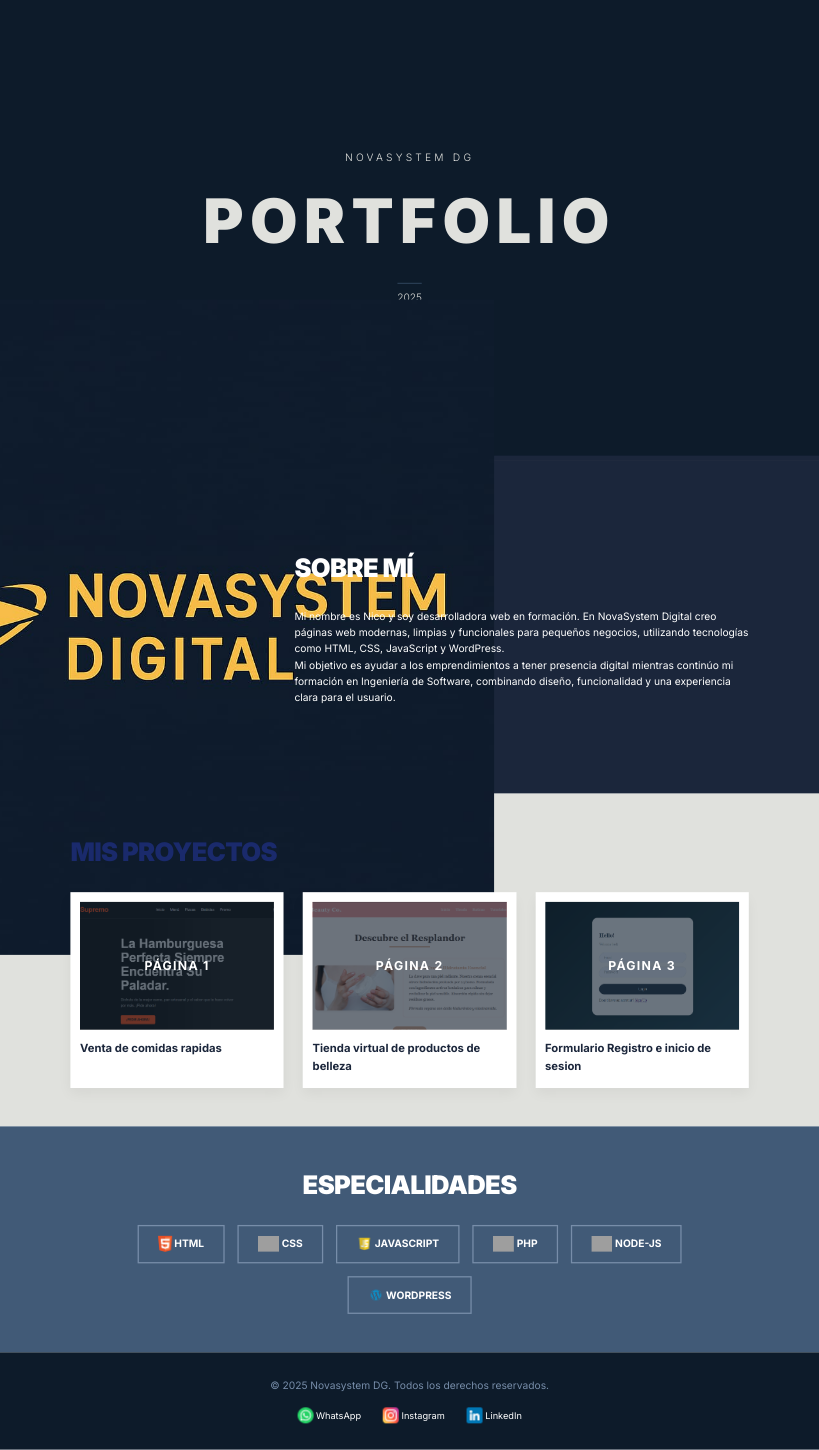
Repository: NovaSystem-DG/Portafolio
Page: index.html
These files come from the project's save history. The page is drawn as it stood at one moment and after the next save; the edit follows.
The browser window is 1280 px wide. The pictures show the whole page, at 64% of full size.
Pictures or frames that could not be fetched are drawn as grey boxes.

Above is the page before, as saved 2026-01-09 18:38:30.

After the next save:
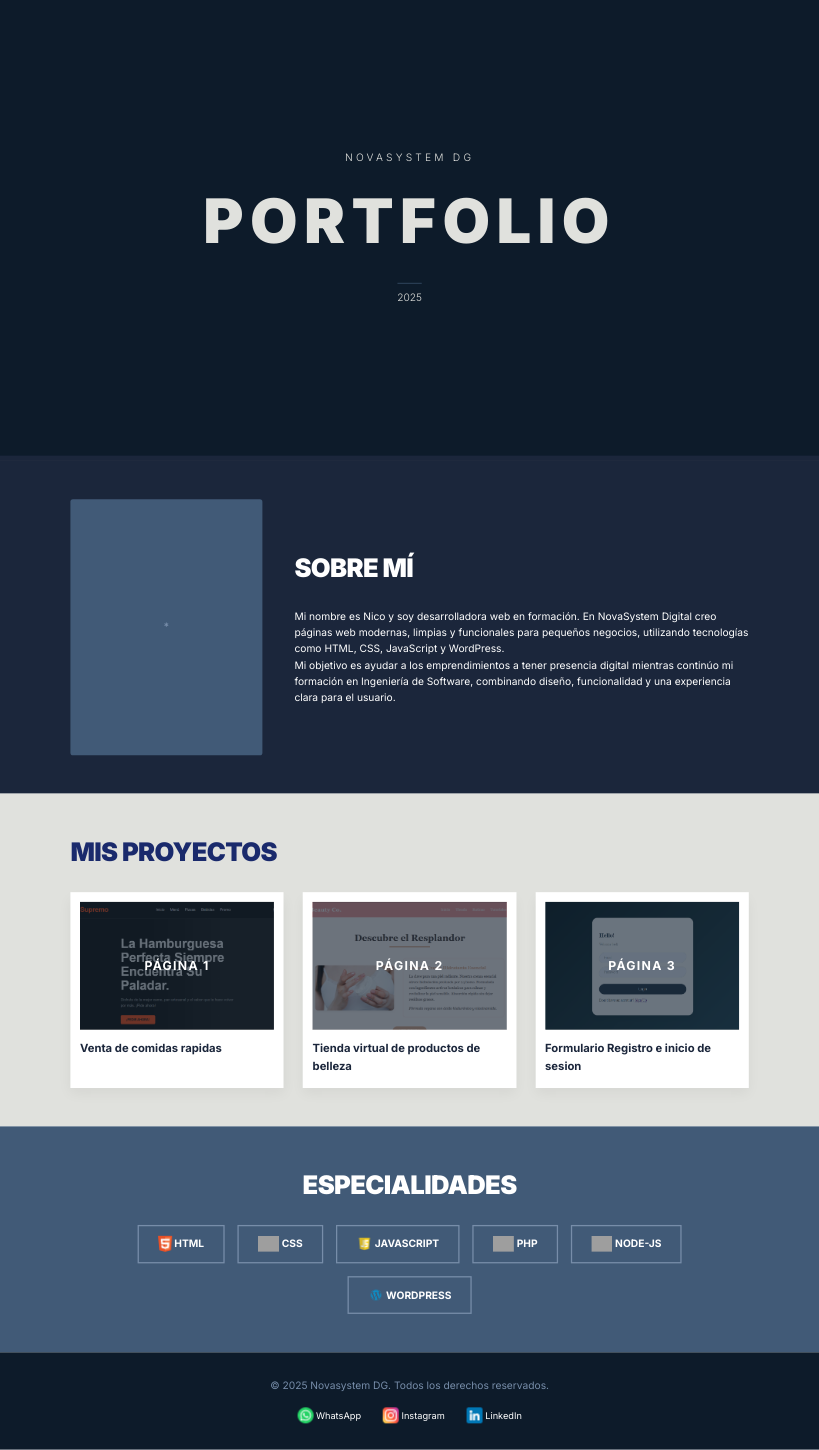
Saved 37 s later.
--- a/index.html
+++ b/index.html
@@ -22,7 +22,7 @@
     <section class="about-section">
         <div class="container about-flex">
             <div class="photo-placeholder">
-                 <img src="assets/img/logo.jpeg" alt="Vista previa proyecto 1" class="E-img">
+                *
             </div>
             <div class="about-text">
                 <h2>SOBRE MÍ</h2>

After the save that followed:
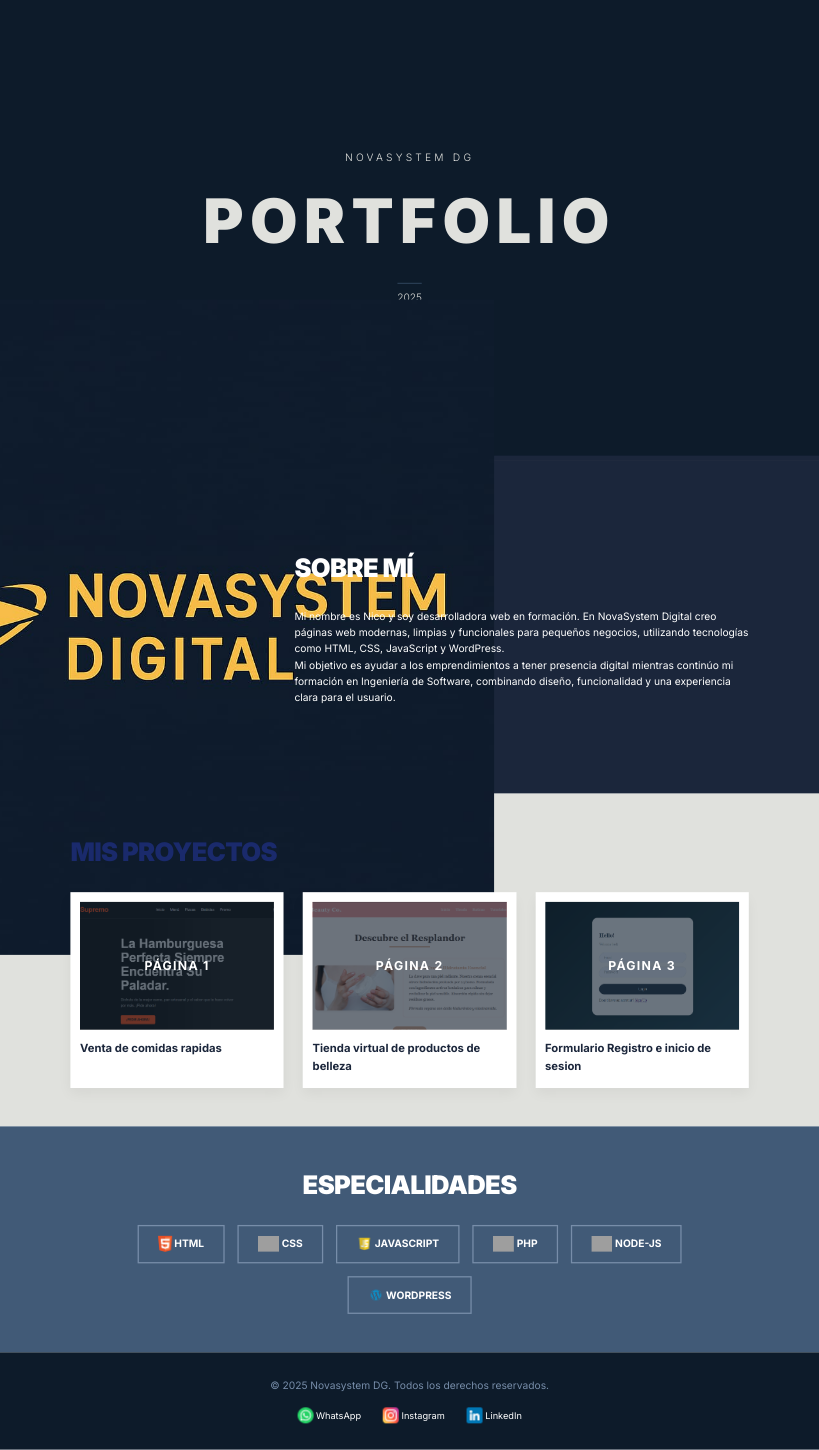
Saved 4 s later.
--- a/index.html
+++ b/index.html
@@ -22,7 +22,7 @@
     <section class="about-section">
         <div class="container about-flex">
             <div class="photo-placeholder">
-                *
+                 <img src="assets/img/logo.jpeg" alt="Vista previa proyecto 1" class="E-img">
             </div>
             <div class="about-text">
                 <h2>SOBRE MÍ</h2>
